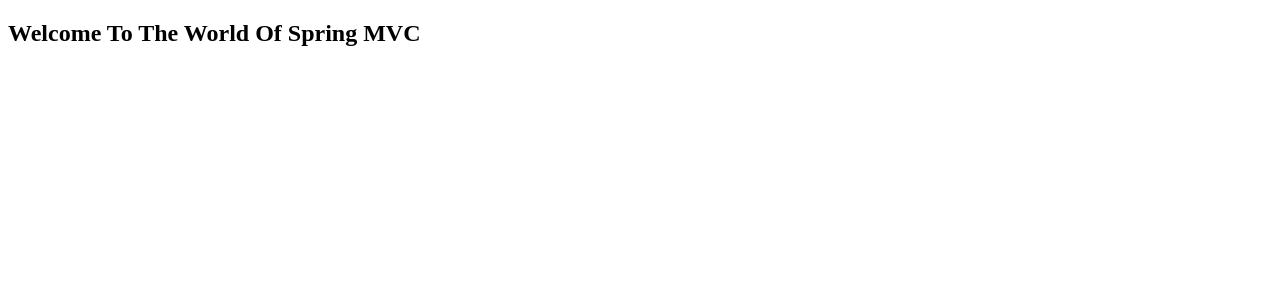
Repository: adhiraj-adhi/Spring_Programs
Page: http://localhost/WebMVCDemo10ErrorAndException1/
These files come from the project's save history. The page is drawn as it stood at one moment and after the next save; the edit follows.
The browser window is 1280 px wide. The pictures show the whole page.
The page is served by Tomcat 9. Other server files are loaded and not shown.

Above is the page before, as saved 2024-03-08 17:50:02.

### Web MVC/WebMVCDemo10ErrorAndException1/src/main/webapp/index.jsp
<%@ page language="java" contentType="text/html; charset=UTF-8"
    pageEncoding="UTF-8"%>
<!DOCTYPE html>
<html>
<head>
<meta charset="UTF-8">
<title>Insert title here</title>
</head>
<body>
	<h2> Welcome To The World Of Spring MVC </h2>
</body>
</html>

After the next save:
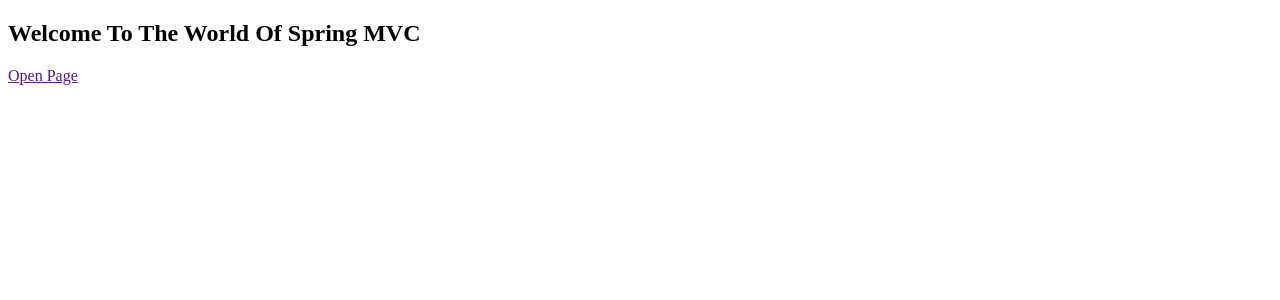
Saved 17 s later.
--- a/Web MVC/WebMVCDemo10ErrorAndException1/src/main/webapp/index.jsp
+++ b/Web MVC/WebMVCDemo10ErrorAndException1/src/main/webapp/index.jsp
@@ -8,5 +8,6 @@
 </head>
 <body>
 	<h2> Welcome To The World Of Spring MVC </h2>
+	<a href=""> Open Page </a>
 </body>
 </html>
